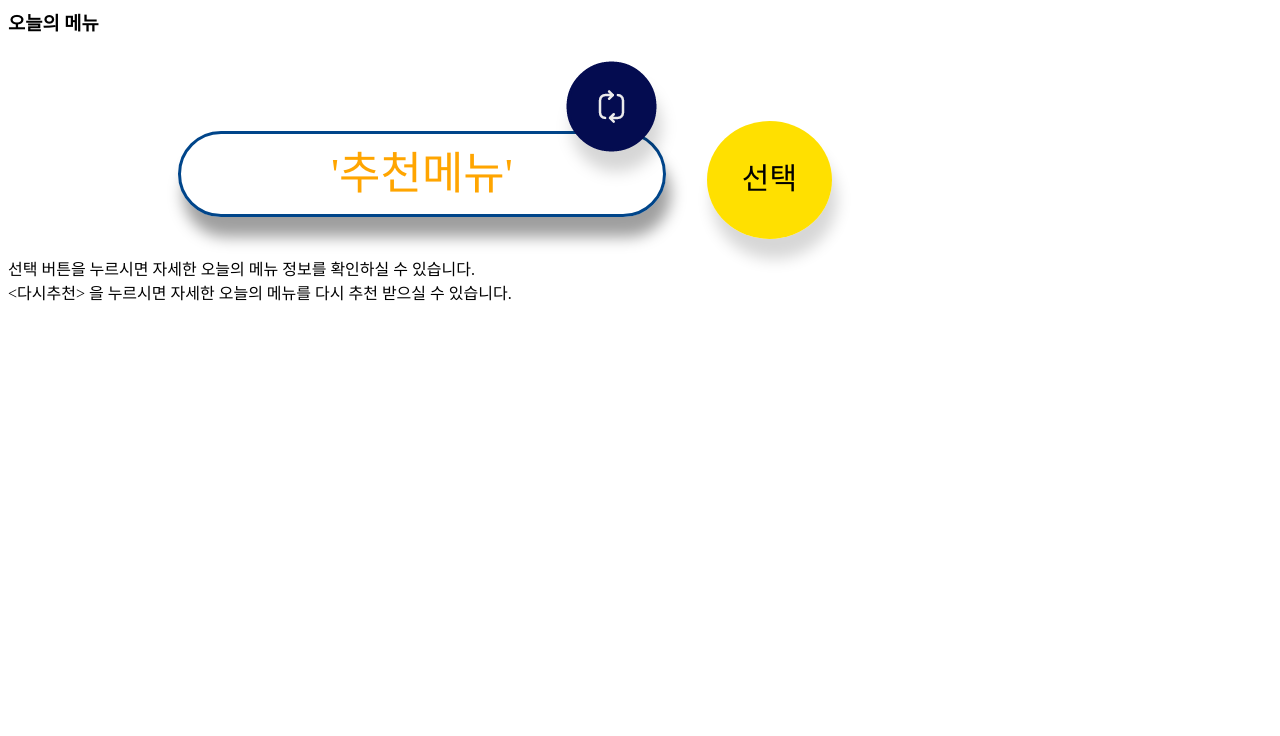
Repository: hkh00700/JustDoEat_Web
Page: http://localhost/justdoeat/WEB-INF/views/home.jsp
These files come from the project's save history. The page is drawn as it stood at one moment and after the next save; the edit follows.
The browser window is 1280 px wide. The pictures show the whole page.
The page is served by Tomcat 9. Nobody is signed in. Other server files are loaded and not shown. The template is opened directly, without the code that normally fills it, so the values that code supplies are empty.

Above is the page before, as saved 2021-05-19 00:06:04.

### justdoeat/src/main/webapp/WEB-INF/views/home.jsp
<%@ taglib uri="http://java.sun.com/jsp/jstl/core" prefix="c" %>
<%@ page language="java" contentType="text/html; charset=UTF-8"
    pageEncoding="UTF-8"%>
<html>
<head>
	<title>Home</title>
<style type="text/css">
.content {
height: 720px;
}

h2{
height: 300px;
line-height: 300px;
color: blue;
}
.content a:first-of-type{
width: 650px;
height: 120px;
margin: 40px 23px 42px 30px;
padding: 15px 150px 15px 150px;
border-radius: 60px;
box-shadow: 5px 20px 15px 0 rgba(0, 0, 0, 0.38);
border: solid 3px #00458a;
text-align: center;
font-size: 45px;
position: relative;
left: 140px;
color: orange;
}
.select{
 width: 100px;
  height: 100px;
  margin: 40px 157px 42px 23px;
  padding: 41px 35px 44px;
  box-shadow: 5px 20px 15px 0 rgba(0, 0, 0, 0.16);
  background-color: #ffe000;
  border-radius: 50%;
  font-size: 30px;
}
.content img{
position: relative;
top:5px;

}

</style>
</head>
<body>
	<div class="content">
		<h3>오늘의 메뉴</h3>
		<a>'추천메뉴'</a><img src='imgs/reset.png' alt="다시추천"/><a class='select'>선택</a>
		<br/><br/><br/><br/>
		선택 버튼을 누르시면 자세한 오늘의 메뉴 정보를 확인하실 수 있습니다.<br/>
		<다시추천> 을 누르시면 자세한 오늘의 메뉴를 다시 추천 받으실 수 있습니다.

	</div>
</body>
</html>

After the next save:
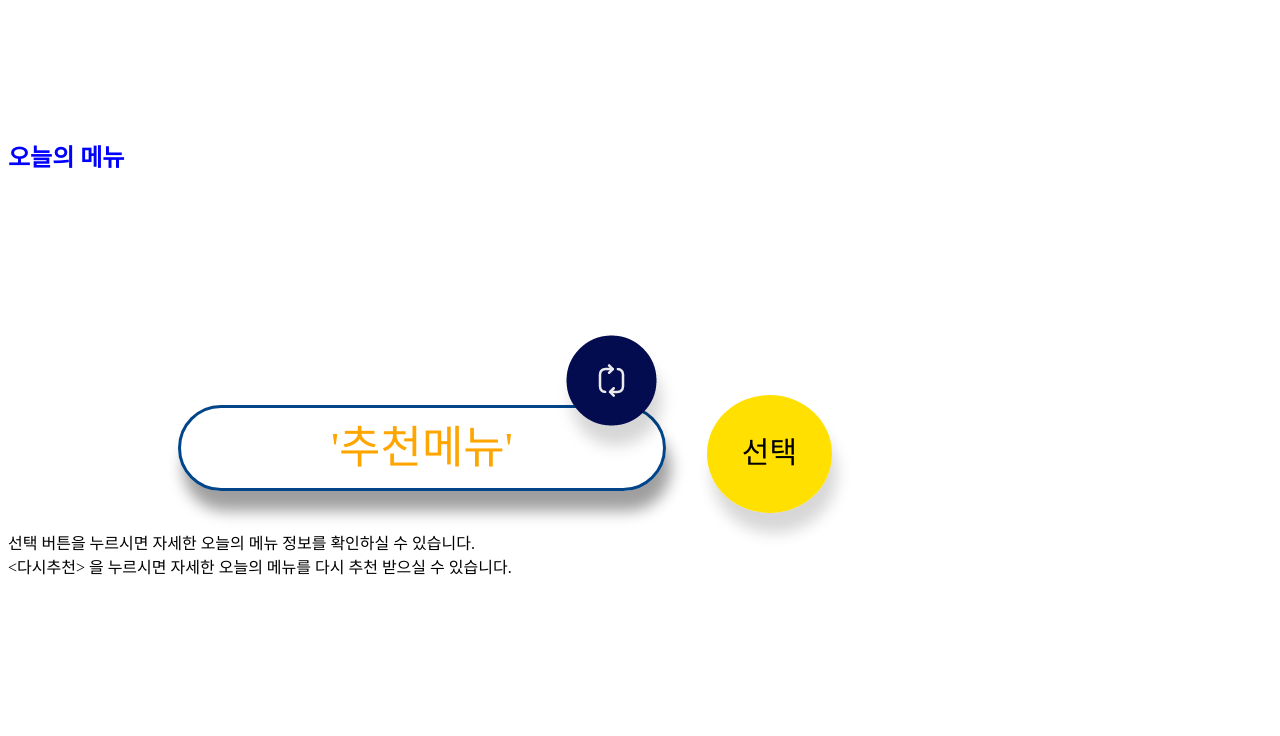
Saved 10 s later.
--- a/justdoeat/src/main/webapp/WEB-INF/views/home.jsp
+++ b/justdoeat/src/main/webapp/WEB-INF/views/home.jsp
@@ -48,7 +48,7 @@
 </head>
 <body>
 	<div class="content">
-		<h3>오늘의 메뉴</h3>
+		<h2>오늘의 메뉴</h2>
 		<a>'추천메뉴'</a><img src='imgs/reset.png' alt="다시추천"/><a class='select'>선택</a>
 		<br/><br/><br/><br/>
 		선택 버튼을 누르시면 자세한 오늘의 메뉴 정보를 확인하실 수 있습니다.<br/>
